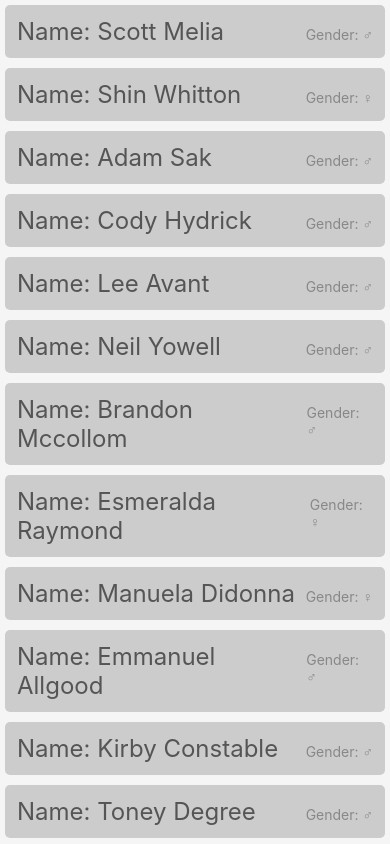
Repository: kfrancois/Bachelorproef-Apps
Screen: / (app in React Native/ListApp/.vscode/)
The author's editor kept a copy of each file at every save. The screen is drawn from the files as they stood at one save, then again after a run of saves.
An inner scrolling area shows only its first screen. The app was drawn by React Native's web renderer in a window 390 px wide. The project was rebuilt for these pictures with package versions that can differ from the ones it lists, and the page was loaded fresh each time.

Above is the screen before, as saved 2018-04-23 15:15:51.

After the next 3 saves:
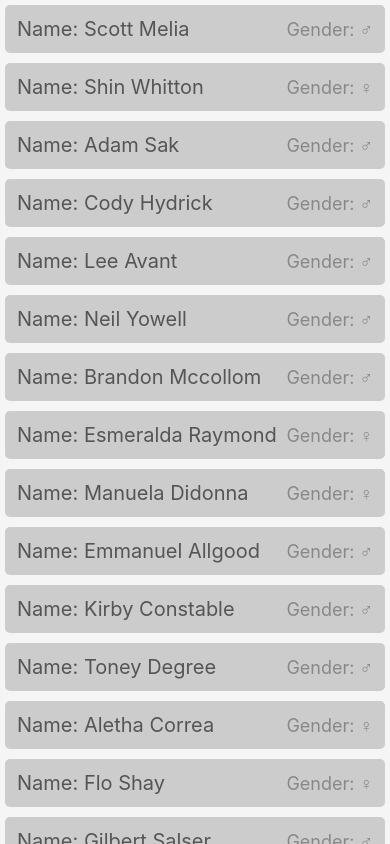
The 3 saves are shown as one change because they came seconds apart.
The last was saved 15 s later.
--- a/React Native/ListApp/.vscode/src/row.js
+++ b/React Native/ListApp/.vscode/src/row.js
@@ -13,11 +13,11 @@ const styles = StyleSheet.create({
     borderRadius: 5
   },
   rowHeading: {
-    fontSize: 24,
+    fontSize: 20,
     color: '#555'
   },
   rowText: {
-    fontSize: 14,
+    fontSize: 18,
     color: '#888'
   }
 });
